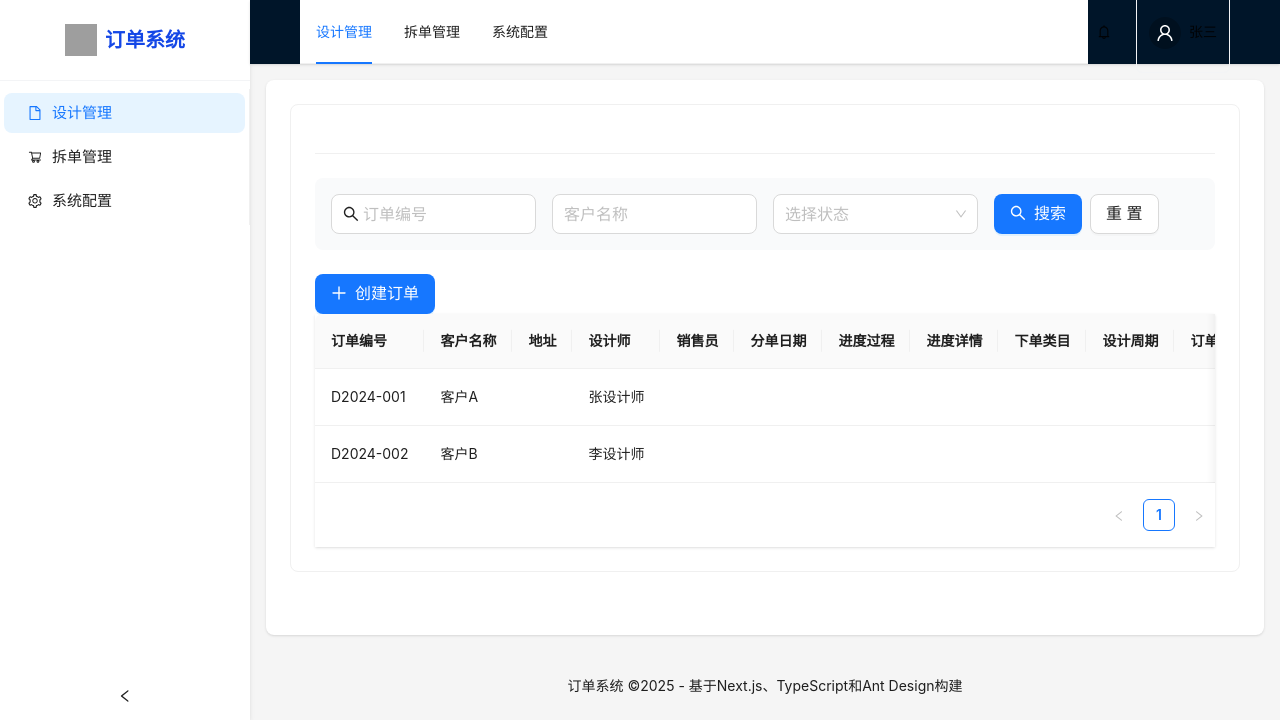
Repository: Garyxiwang/order_system
Page: /design (app in front/)
An editor plug-in stored every save of this project. The page is shown before and after the next save, followed by the edit.
The browser window is 1280 px wide. The pictures show the whole page.
Pictures or frames that could not be fetched are drawn as grey boxes. The project was rebuilt for these pictures with package versions that can differ from the ones it lists, and the page was loaded fresh each time. The framework's server and built-in components were replaced by stand-ins that run in the browser. Also part of the build but not shown: front/next.config.js, front/next.config.ts.

Above is the page before, as saved 2025-08-04 14:27:28.

After the next save:
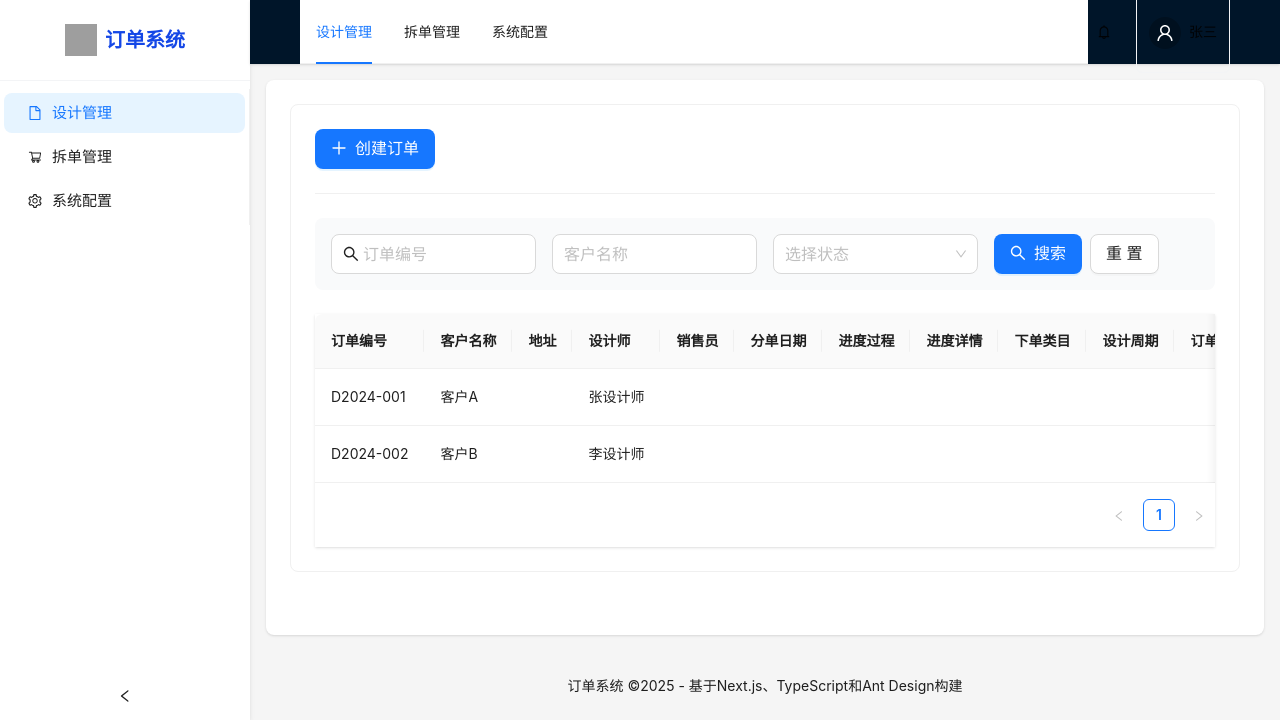
Saved 16 s later.
--- a/front/src/app/design/page.tsx
+++ b/front/src/app/design/page.tsx
@@ -137,8 +137,14 @@ const DesignPage: React.FC = () => {
         <Col span={24}>
           <Card variant="outlined" className="shadow-none">
             <div className="flex justify-between items-center mb-4">
-
-
+              <Button
+                type="primary"
+                icon={<PlusOutlined />}
+                size="large"
+                className="bg-blue-600 hover:bg-blue-700"
+              >
+                创建订单
+              </Button>
             </div>
             <Divider className="my-4" />
 
@@ -188,14 +194,6 @@ const DesignPage: React.FC = () => {
                   </Col>
                 </Row>
               </div>
-              <Button
-                type="primary"
-                icon={<PlusOutlined />}
-                size="large"
-                className="bg-blue-600 hover:bg-blue-700"
-              >
-                创建订单
-              </Button>
 
               {/* 表格区域 */}
               <Table
